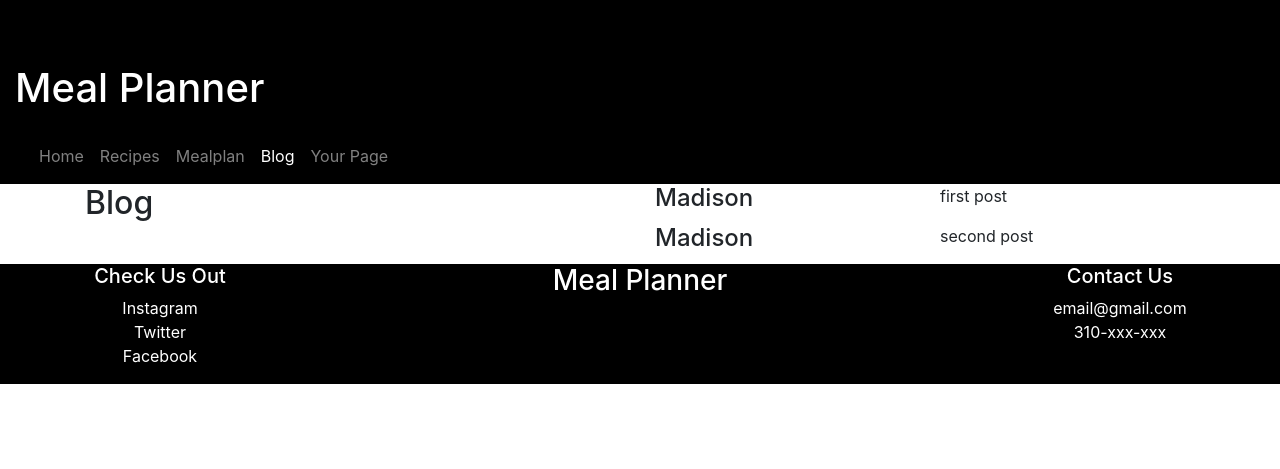
Repository: madisonisfan/mealplanner-react
Page: /blog
The author's editor kept a copy of each file at every save. The page is drawn from the files as they stood at one save, then again after the next save.
The browser window is 1280 px wide. The pictures show the whole page.
The project was rebuilt for these pictures with package versions that can differ from the ones it lists, and the page was loaded fresh each time. Also part of the build but not shown: src/components/HomeComponent.js, src/components/RecipePageComponent.js.

Above is the page before, as saved 2021-04-22 12:19:49.

### src/index.js
import React from "react";
import ReactDOM from "react-dom";
import "./index.css";
import App from "./App";
import reportWebVitals from "./reportWebVitals";
import "bootstrap/dist/css/bootstrap.min.css";

ReactDOM.render(
  //changed React.StrictMode to React.Fragment
  <React.Fragment>
    <App />
  </React.Fragment>,
  document.getElementById("root")
);

// If you want to start measuring performance in your app, pass a function
// to log results (for example: reportWebVitals(console.log))
// or send to an analytics endpoint. Learn more: https://bit.ly/CRA-vitals
reportWebVitals();

### src/App.js
import React, { Component } from "react";
import "./App.css";
import Main from "./components/MainComponent";
import { BrowserRouter } from "react-router-dom";
import { Provider } from "react-redux";
import { ConfigureStore } from "./redux/configureStore";

const store = ConfigureStore();

class App extends Component {
  render() {
    return (
      <Provider store={store}>
        <BrowserRouter>
          <div className="App">
            <Main />
          </div>
        </BrowserRouter>
      </Provider>
    );
  }
}

export default App;

### src/App.css
.jumbotron {
  height: 100px;
  margin: 0px !important;
  background-color: black !important;
  color: white;
}

.navbar {
  background-color: black;
}

.site-footer {
  background-color: black;
  color: white;
}

.meal-type-buttons {
  background-color: aquamarine;
}

.meal-type-buttons Link {
  color: black;
}

### src/components/MainComponent.js
import React, { Component } from "react";
import Home from "./HomeComponent";
import MainHeader from "./HeaderComponent";
import Footer from "./FooterComponent";
import MainBlogPage from "./BlogComponent";
import { Switch, Route, Redirect, withRouter } from "react-router-dom";
import { connect } from "react-redux";
import MainRecipePage from "./RecipePageComponent";

const mapStateToProps = (state) => {
  return {
    recipes: state.recipes,
    mealTypes: state.mealTypes,
    posts: state.posts,
  };
};

class Main extends Component {
  render() {
    const RecipeWithMealType = ({ match }) => {
      const type = match.params.mealType;
      const selectedTypeTitle = this.props.mealTypes
        .filter((typeObj) => typeObj.mealType === type)
        .map((typeObj) => typeObj.title);

      if (type === "allRecipes") {
        return (
          <MainRecipePage
            selectedType="All Recipes"
            mealTypes={this.props.mealTypes}
            recipes={this.props.recipes}
          />
        );
      } else {
        return (
          <MainRecipePage
            selectedType={selectedTypeTitle}
            mealTypes={this.props.mealTypes}
            recipes={this.props.recipes.filter(
              (recipe) => recipe.mealType === match.params.mealType
            )}
          />
        );
      }
    };

    return (
      <React.Fragment>
        <MainHeader />
        <Switch>
          <Route path="/home" component={Home} />
          <Route path="/recipes/:mealType" component={RecipeWithMealType} />
          <Route
            path="/blog"
            render={() => <MainBlogPage posts={this.props.posts} />}
          />
          <Redirect to="/home" />
        </Switch>
        <Footer />
      </React.Fragment>
    );
  }
}
export default withRouter(connect(mapStateToProps)(Main));

### src/components/HeaderComponent.js
import React, { Component } from "react";
import {
  Jumbotron,
  Navbar,
  NavbarBrand,
  NavItem,
  NavbarToggler,
  Collapse,
  Nav,
} from "reactstrap";
import { NavLink } from "react-router-dom";

function MainHeader(props) {
  return (
    <React.Fragment>
      <Jumbotron fluid>
        <div className="container-fluid">
          <div className="row  align-items-center">
            <div className="col">
              <h1>Meal Planner</h1>
            </div>
          </div>
        </div>
      </Jumbotron>
      <MainNav />
    </React.Fragment>
  );
}

class MainNav extends Component {
  constructor(props) {
    super(props);
    this.state = {
      isNavOpen: false,
    };
  }
  toggleNav() {
    this.setState({ isNavOpen: !this.state.isNavOpen });
  }

  render() {
    return (
      <Navbar dark sticky="top" expand="md">
        <div className="container-fluid">
          <NavbarToggler onClick={this.toggleNav}></NavbarToggler>
          <Collapse isOpen={this.state.isNavOpen} navbar>
            <Nav navbar>
              <NavItem>
                <NavLink className="nav-link" to="/home">
                  Home
                </NavLink>
              </NavItem>
              <NavItem>
                <NavLink className="nav-link" to="/recipes/allRecipes">
                  Recipes
                </NavLink>
              </NavItem>
              <NavItem>
                <NavLink className="nav-link" to="/mealplan">
                  Mealplan
                </NavLink>
              </NavItem>
              <NavItem>
                <NavLink className="nav-link" to="/blog">
                  Blog
                </NavLink>
              </NavItem>
              <NavItem>
                <NavLink className="nav-link" to="/yourpage">
                  Your Page
                </NavLink>
              </NavItem>
            </Nav>
          </Collapse>
        </div>
      </Navbar>
    );
  }
}

export default MainHeader;

### src/components/FooterComponent.js
import React from "react";

function Footer(props) {
  return (
    <footer className="site-footer">
      <div className="container-fluid">
        <div className="row">
          <div className="col col-sm-3 text-center">
            <h5>Check Us Out</h5>
            <ul class="list-unstyled">
              <li>Instagram</li>
              <li>Twitter</li>
              <li>Facebook</li>
            </ul>
          </div>

          <div class="col-6 text-center d-none d-sm-block">
            <h3>Meal Planner</h3>
          </div>

          <div class="col col-sm-3 text-center">
            <h5>Contact Us</h5>
            <ul class="list-unstyled">
              <li>
                <a>email@gmail.com</a>
              </li>
              <li>
                <a>310-xxx-xxx</a>
              </li>
            </ul>
          </div>
        </div>
      </div>
      {/*Container */}
    </footer>
  );
}

export default Footer;

### src/components/BlogComponent.js
import React, { Component } from "react";
import { Row, Col } from "reactstrap";

class MainBlogPage extends Component {
  constructor(props) {
    super(props);
    this.state = {};
  }

  render() {
    console.log(`${this.props.posts}`);
    const allPosts = this.props.posts.map((post) => {
      return <RenderPost post={post} />;
    });
    return (
      <React.Fragment>
        <div className="container">
          <Row>
            <Col>
              <h2>Blog</h2>
            </Col>

            <Col>{allPosts}</Col>
          </Row>
        </div>
      </React.Fragment>
    );
  }
}

function RenderPost({ post }) {
  return (
    <Row>
      <Col>
        <h4>{post.author}</h4>
      </Col>
      <Col>
        <p>{post.text}</p>
      </Col>
    </Row>
  );
}

export default MainBlogPage;

### src/redux/reducer.js
//import arrays
import { RECIPES } from "../shared/recipes";
import { MEALTYPES } from "../shared/mealTypes";
import { POSTS } from "../shared/posts";

export const initialState = {
  recipes: RECIPES,
  mealTypes: MEALTYPES,
  posts: POSTS,
};

export const Reducer = (state = initialState, action) => {
  return state;
};

### src/shared/recipes.js
export const RECIPES = [
  {
    id: 0,
    name: "pasta",
    mealType: "lunchDinner",
    description: "yummy pasta",
  },
  {
    id: 1,
    name: "salad",
    mealType: "lunchDinner",
    description: "healthy salad",
  },
  {
    id: 2,
    name: "pancakes",
    mealType: "breakfast",
    description: "pancakessss",
  },
];

### src/shared/mealTypes.js
export const MEALTYPES = [
  {
    id: 0,
    mealType: "allRecipes",
    title: "All Recipes",
  },
  {
    id: 1,
    mealType: "breakfast",
    title: "Breakfast",
  },
  {
    id: 2,
    mealType: "lunchDinner",
    title: "Lunch & Dinner",
  },
  {
    id: 3,
    mealType: "snacks",
    title: "Snacks",
  },
  {
    id: 4,
    mealType: "drinks",
    title: "Drinks",
  },
];

### src/shared/posts.js
export const POSTS = [
  {
    id: 0,
    author: "Madison",
    date: "today",
    postType: "post",
    text: "first post",
  },
  {
    id: 2,
    author: "Madison",
    date: "today",
    postType: "post",
    text: "second post",
  },
];

Loaded but not shown: public/index.html (common file); src/index.css (common file); src/reportWebVitals.js (common file); src/redux/configureStore.js (common file)

After the next save:
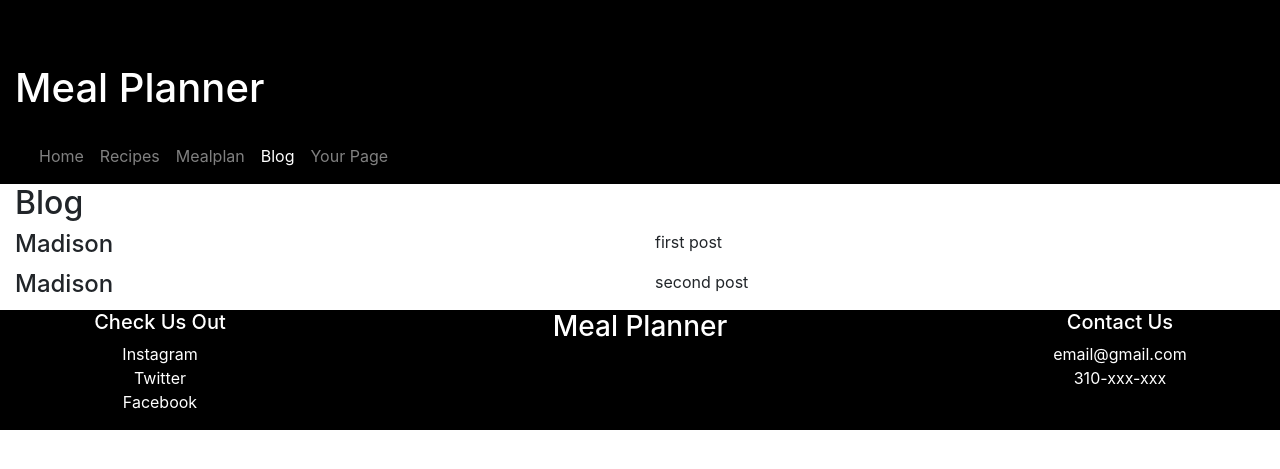
Saved 91 s later.
--- a/src/components/BlogComponent.js
+++ b/src/components/BlogComponent.js
@@ -14,13 +14,13 @@ class MainBlogPage extends Component {
     });
     return (
       <React.Fragment>
-        <div className="container">
+        <div className="container-fluid">
           <Row>
             <Col>
               <h2>Blog</h2>
             </Col>
 
-            <Col>{allPosts}</Col>
+            <Col xs={12}>{allPosts}</Col>
           </Row>
         </div>
       </React.Fragment>
